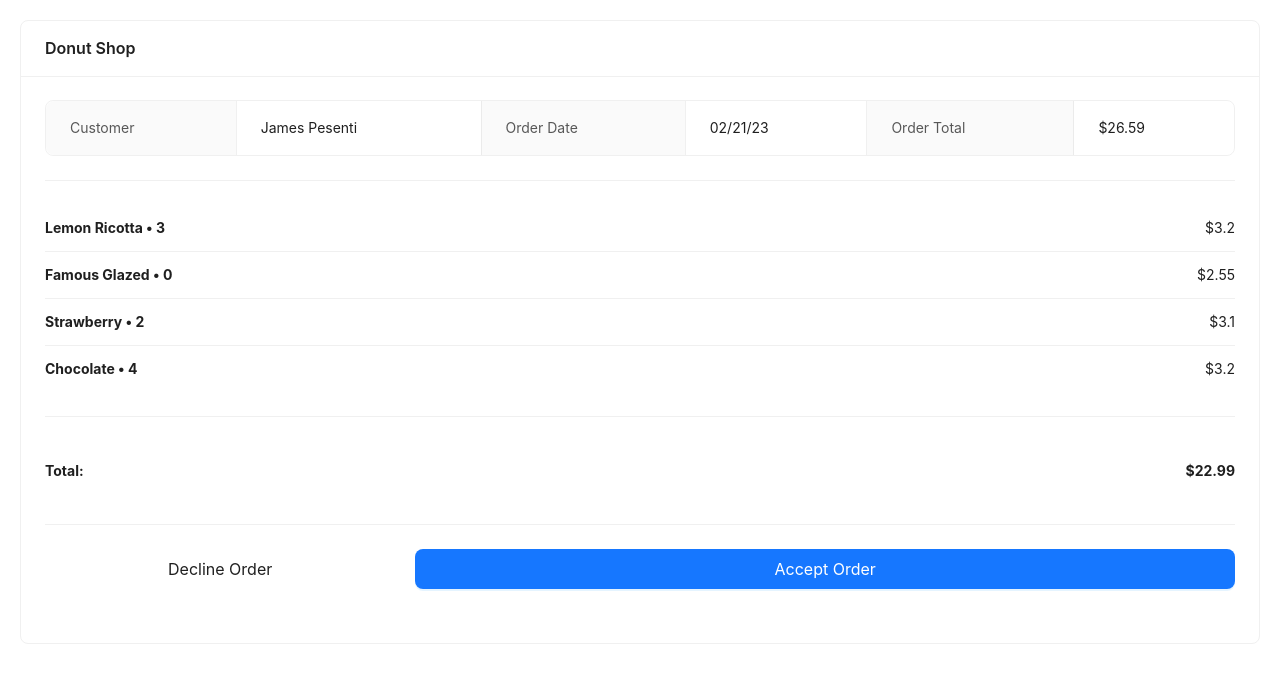
Repository: JamesPesenti/DonutShopDashboard
Page: /settings
The author's editor kept a copy of each file at every save. The page is drawn from the files as they stood at one save, then again after a run of saves.
The browser window is 1280 px wide. The pictures show the whole page.
The project was rebuilt for these pictures with package versions that can differ from the ones it lists, and the page was loaded fresh each time.

Above is the page before, as saved 2023-03-22 14:35:08.

After the next 2 saves:
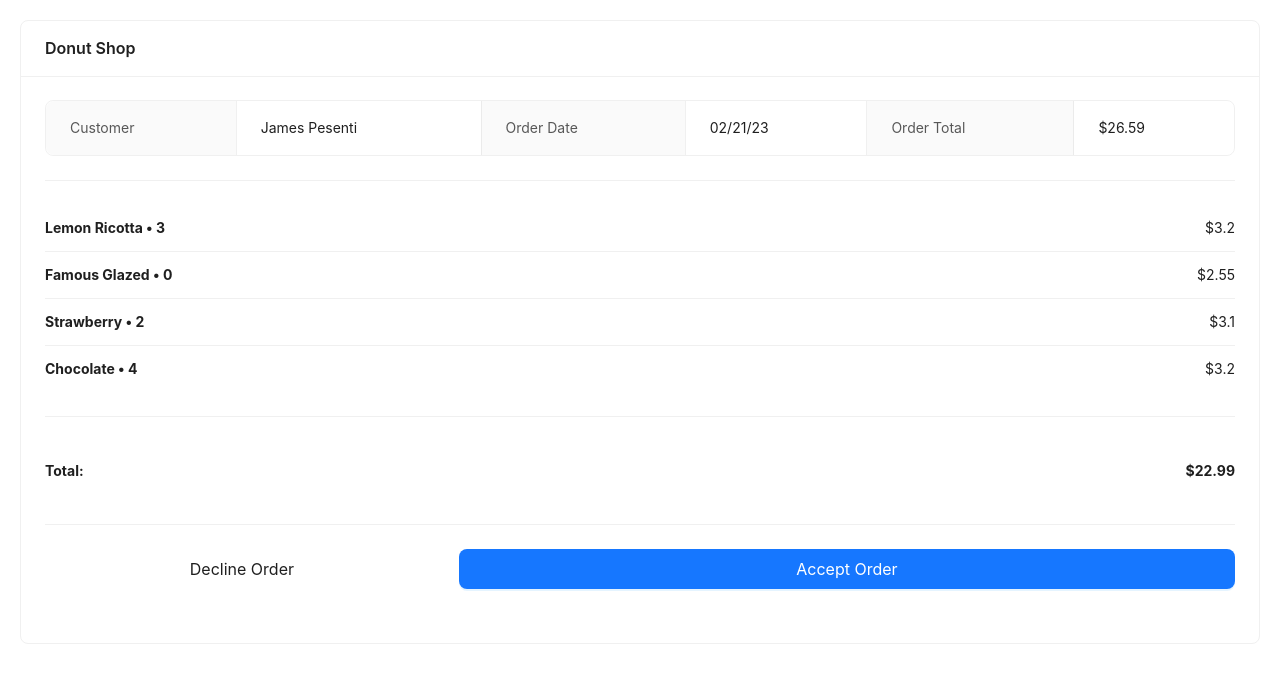
The 2 saves are shown as one change because they came seconds apart.
The last was saved 17 s later.
--- a/src/App.js
+++ b/src/App.js
@@ -61,7 +61,7 @@ const styles = {
   },
   button: {
     marginRight: 20,
-    width: 500
+    width: "50%"
   }
 }
 
